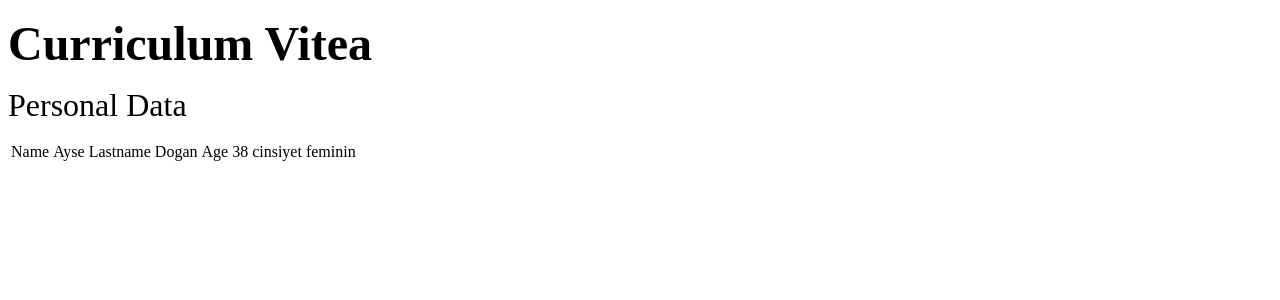
Repository: aysedo/html
Page: Week_2/profile/index.html
These files come from the project's save history. The page is drawn as it stood at one moment and after the next save; the edit follows.
The browser window is 1280 px wide. The pictures show the whole page.

Above is the page before, as saved 2021-08-25 20:53:37.

### Week_2/profile/index.html
<!DOCTYPE html>
<html lang="en">
  <head>
    <meta charset="UTF-8" />
    <meta http-equiv="X-UA-Compatible" content="IE=edge" />
    <meta name="viewport" content="width=device-width, initial-scale=1.0" />
    <title>Document</title>
  </head>
  <body>
    <titel>
      <p align="center" ></p><b><font size="11">Curriculum Vitea </font></b></p></titel>
      <p> <font size="6">Personal Data</font></p>
      <table>
        <tr>
          <td> Name </td>
          <td> Ayse </td>
          <td> Lastname </td>
          <td> Dogan </td>
          <td> Age </td>
          <td> 38 </td>
          <td>cinsiyet</td>
          <td>feminin</td>
          <td></td>
          <td></td>
          <td></td>
          <td></td>
          <td></td>
          <td></td>
          <td></td>
          <td></td>
          <td></td>
          <address> </address>
        </tr>
      </table>

  </body>
</html>

After the next save:
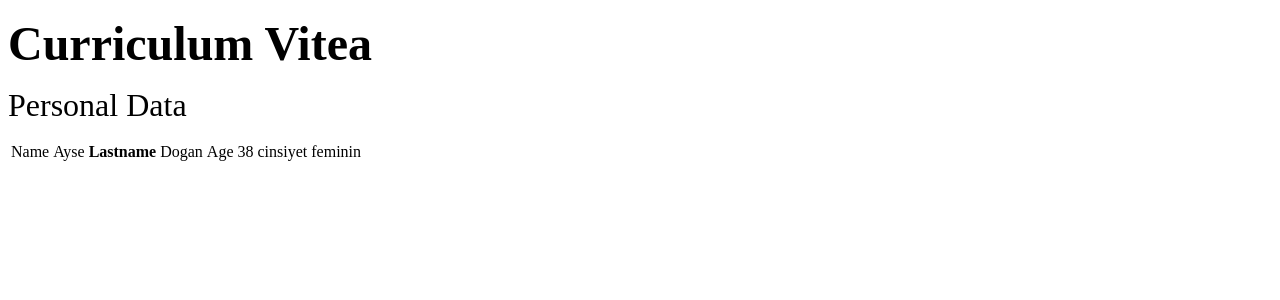
Saved 66 s later.
--- a/Week_2/profile/index.html
+++ b/Week_2/profile/index.html
@@ -14,7 +14,7 @@
         <tr>
           <td> Name </td>
           <td> Ayse </td>
-          <td> Lastname </td>
+          <th> Lastname </th>
           <td> Dogan </td>
           <td> Age </td>
           <td> 38 </td>
